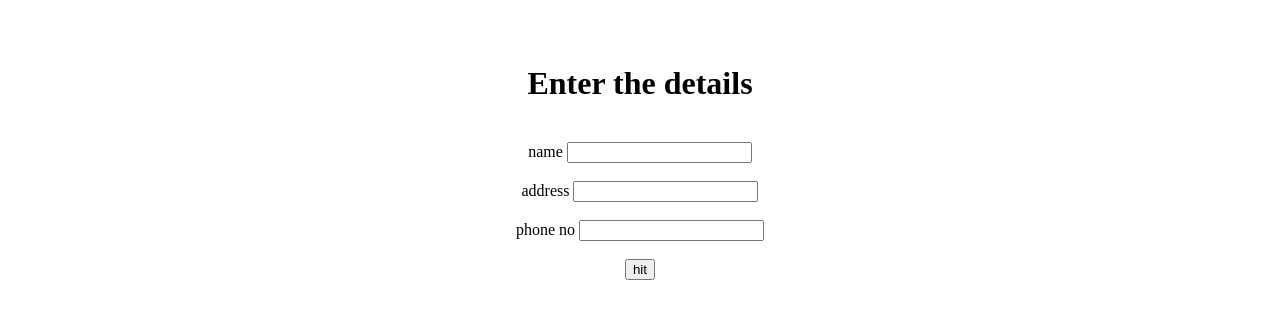
Repository: dhanasekar13/servlet
Page: ajax/war/index.html
These files come from the project's save history. The page is drawn as it stood at one moment and after the next save; the edit follows.
The browser window is 1280 px wide. The pictures show the whole page.

Above is the page before, as saved 2017-05-11 07:54:21.

After the next save:
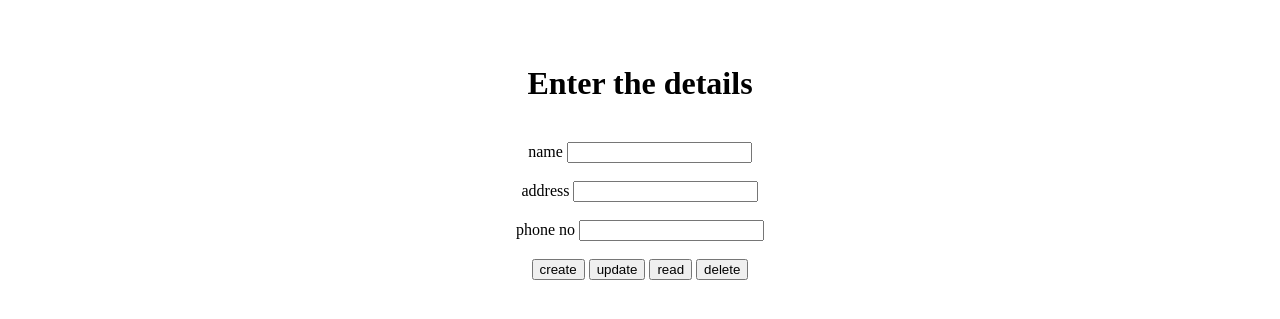
Saved 30 min 21 s later.
--- a/ajax/war/index.html
+++ b/ajax/war/index.html
@@ -31,18 +31,21 @@ document.getElementById("b1").innerHTML="its an empty";
  <center>
  <h1>Enter the details</h1>
  <br>
- <form  method="get" action="a()">
+
  name
- <input type="text" name="a1"/>
+ <input type="text" name="a1" onclick="a()"/>
  <div id="b1"></div><br>
  address
- <input type="text" name="a2"/>
+ <input type="text" name="a2"onclick="a()"/>
   <div id="b2"></div><br>
  phone no
- <input type ="text" name="a3"/>
+ <input type ="text" name="a3" onclick="a()"/>
   <div id="b3"></div><br>
- <input type="button"  onclick="a()" value="hit">
- </form>
+ <input type="button"  onclick="a()" value="create">
+ <input type="button"  onclick="a()" value="update">
+ <input type="button"  onclick="a()" value="read">
+ <input type="button"  onclick="a()" value="delete">
+
   </center>
 </body>
 </html>
